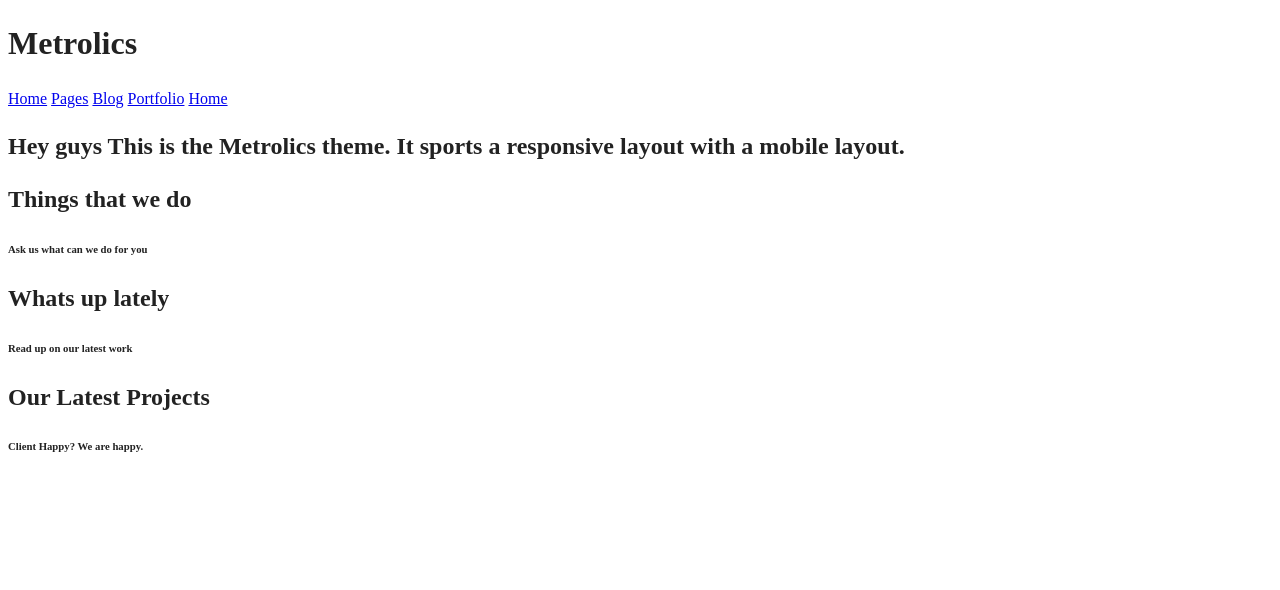
Repository: jgache/LAB-02A
Page: index.html
The author's editor kept a copy of each file at every save. The page is drawn from the files as they stood at one save, then again after the next save.
The browser window is 1280 px wide. The pictures show the whole page.

Above is the page before, as saved 2024-01-22 22:25:50.

After the next save:
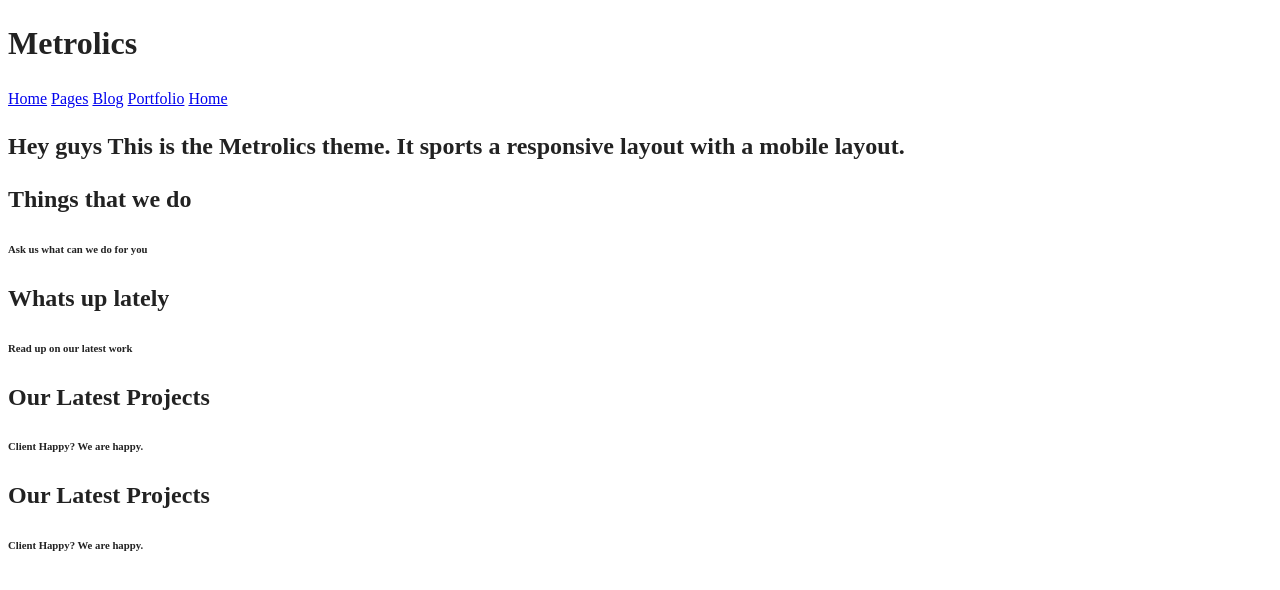
Saved 91 s later.
--- a/index.html
+++ b/index.html
@@ -96,6 +96,27 @@
 
     </div>
 
+    <div class="sectionThreeContainer">
+      <div class="row">
+        <h2>Our Latest Projects</h2>
+        <h6>Client Happy? We are happy.</h6>
+      </div>
+
+      <div class="row">
+        <div class="sectionThreeCard"></div>
+        <div class="sectionThreeCard"></div>
+        <div class="sectionThreeCard"></div>
+      </div>
+
+      <div class="row">
+        <div class="sectionThreeCard"></div>
+        <div class="sectionThreeCard"></div>
+        <div class="sectionThreeCard"></div>
+      </div>
+
+    </div>
+
+
 
 
 
